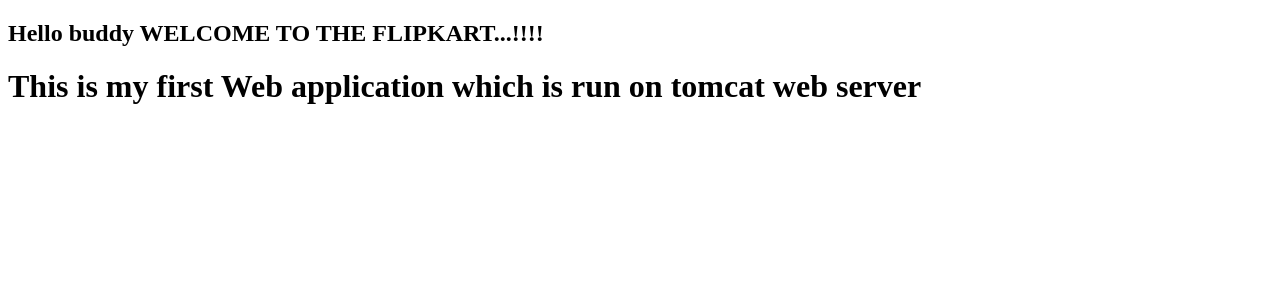
Repository: Bhushan1307/jewelltechno
Page: flipkart/src/main/webapp/index2.html
These files come from the project's save history. The page is drawn as it stood at one moment and after the next save; the edit follows.
The browser window is 1280 px wide. The pictures show the whole page.

Above is the page before, as saved 2023-02-13 11:37:05.

After the next save:
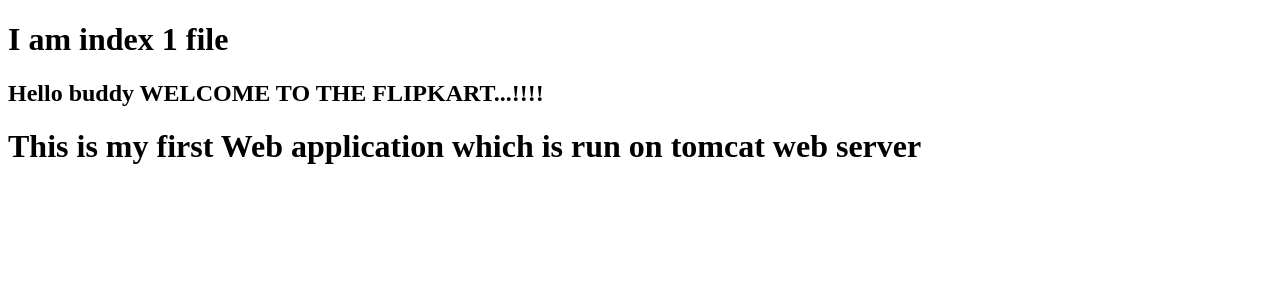
Saved 17 s later.
--- a/flipkart/src/main/webapp/index2.html
+++ b/flipkart/src/main/webapp/index2.html
@@ -5,6 +5,7 @@
   <title>Insert title here</title>
   </head>
   <body>
+  <h1>I am index 1 file</h1>
 	<h2>Hello buddy WELCOME TO THE FLIPKART...!!!!</h2>
 	<h1>This is my first Web application which is run on tomcat web server</h1	>
   </body>
